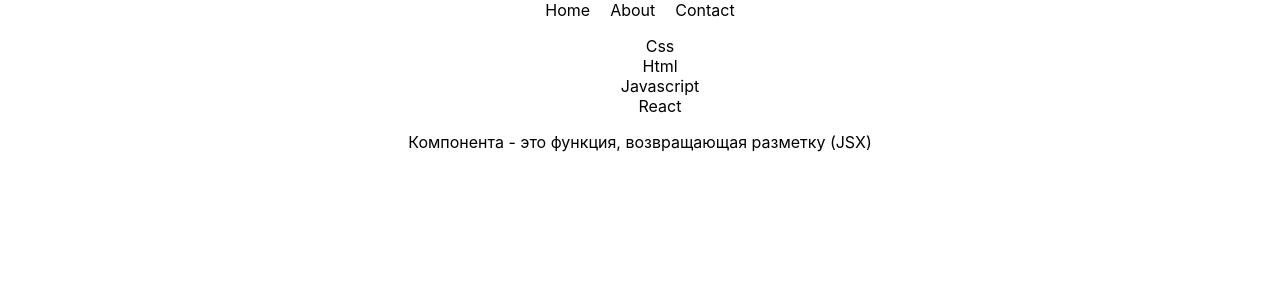
Repository: VladimirSolovyov/React
Page: /
The author's editor kept a copy of each file at every save. The page is drawn from the files as they stood at one save, then again after a run of saves.
The browser window is 1280 px wide. The pictures show the whole page.
The project was rebuilt for these pictures with package versions that can differ from the ones it lists, and the page was loaded fresh each time.

Above is the page before, as saved 2020-03-12 11:43:26.

### src/App.js
import React from 'react';
import './App.css';

const App = () => {
  return (
    <div className="App">
      <Header />
      <Technologies />
      <div>
        <p>Компонента - это функция, возвращающая разметку (JSX)</p>
      </div>
    </div>
  );
}

const Header = () => {
  return (
    <div>
      <nav className="Header-menu">
        <a>Home</a>
        <a>About</a>
        <a>Contact</a>
      </nav>
    </div>
  );
}

const Technologies = () => {
  return (
        <div>
          <ul>
            <li>Css</li>
            <li>Html</li>
            <li>Javascript</li>
            <li>React</li>
          </ul>
        </div>
  );
}

export default App;

### src/App.css
.App {
  text-align: center;
}

.App-logo {
  height: 40vmin;
  pointer-events: none;
}

@media (prefers-reduced-motion: no-preference) {
  .App-logo {
    animation: App-logo-spin infinite 20s linear;
  }
}

.App-header {
  background-color: #282c34;
  min-height: 100vh;
  display: flex;
  flex-direction: column;
  align-items: center;
  justify-content: center;
  font-size: calc(10px + 2vmin);
  color: white;
}

.App-link {
  color: #61dafb;
}

@keyframes App-logo-spin {
  from {
    transform: rotate(0deg);
  }
  to {
    transform: rotate(360deg);
  }
}

ul li {
  list-style-type:none;
}

.Header-menu a{
  padding: 10px;
}

.Header-menu a:hover{
  padding: 10px;
  color:red;
  cursor: pointer;
}

Loaded but not shown: public/index.html (common file); src/index.js (common file); src/index.css (common file); src/serviceWorker.js (common file)

After the next 11 saves:
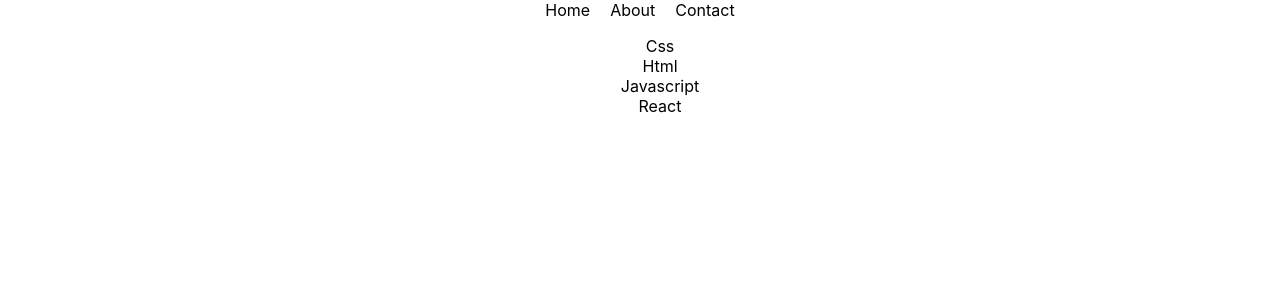
The 11 saves are shown as one change because 1 did not build or start and some came seconds apart.
The last was saved 55 s later.
--- a/src/App.js
+++ b/src/App.js
@@ -6,9 +6,7 @@
     <div className="App">
       <Header />
       <Technologies />
-      <div>
-        <p>Компонента - это функция, возвращающая разметку (JSX)</p>
-      </div>
+
     </div>
   );
 }
@@ -37,5 +35,12 @@
         </div>
   );
 }
+const Teoria = () => {
+  return(
+      <div>
+        <p>Компонента - это функция, возвращающая разметку (JSX)</p>
+      </div>
+  );
+}
 
 export default App;

After the save that followed:
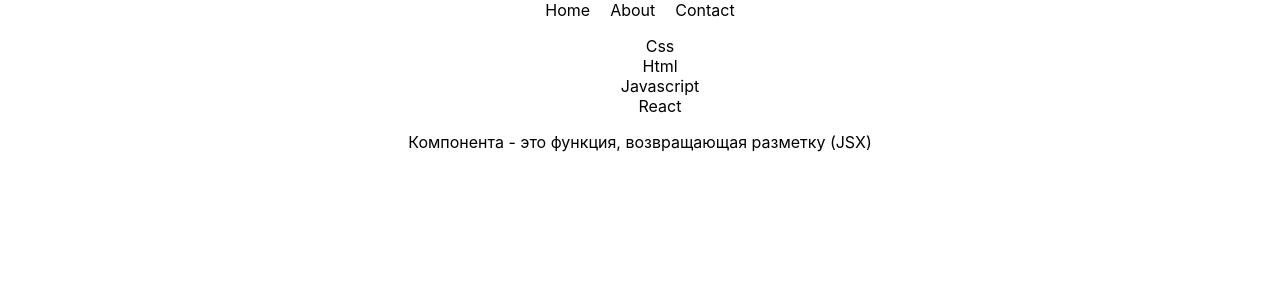
Saved 7 s later.
--- a/src/App.js
+++ b/src/App.js
@@ -6,7 +6,7 @@
     <div className="App">
       <Header />
       <Technologies />
-
+      <Teoria />
     </div>
   );
 }
